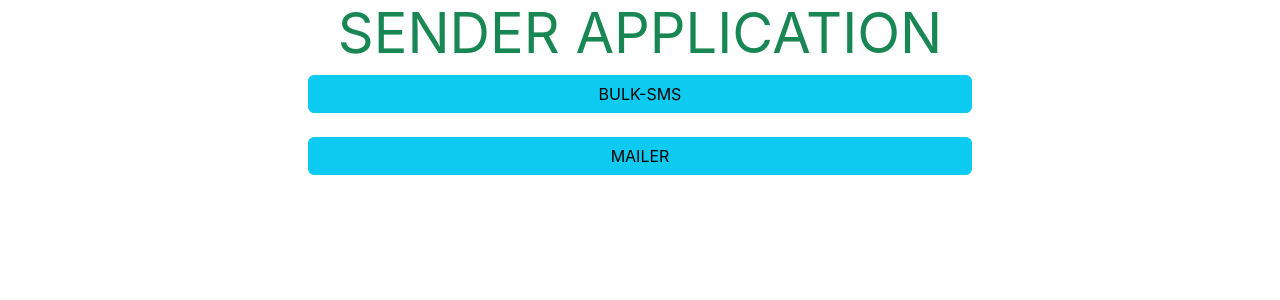
Repository: oluwaseyi9325/react-redux
Page: /mailer
An editor plug-in stored every save of this project. The page is shown before and after the next save, followed by the edit.
The browser window is 1280 px wide. The pictures show the whole page.
The project was rebuilt for these pictures with package versions that can differ from the ones it lists, and the page was loaded fresh each time. Also part of the build but not shown: src/Pages/Index.tsx, src/Pages/NotFond.tsx.

Above is the page before, as saved 2023-04-18 17:17:16.

### public/index.html
<!DOCTYPE html>
<html lang="en">

<head>
  <meta charset="utf-8" />
  <link rel="icon" href="%PUBLIC_URL%/favicon.ico" />
  <meta name="viewport" content="width=device-width, initial-scale=1" />
  <meta name="theme-color" content="#000000" />
  <meta name="description" content="Web site created using create-react-app" />
  <link rel="apple-touch-icon" href="%PUBLIC_URL%/logo192.png" />
  <link rel="manifest" href="%PUBLIC_URL%/manifest.json" />
  <link href="https://cdn.jsdelivr.net/npm/bootstrap@5.2.3/dist/css/bootstrap.min.css" rel="stylesheet" integrity="sha384-rbsA2VBKQhggwzxH7pPCaAqO46MgnOM80zW1RWuH61DGLwZJEdK2Kadq2F9CUG65" crossorigin="anonymous">
  <script src="https://cdn.jsdelivr.net/npm/bootstrap@5.2.3/dist/js/bootstrap.bundle.min.js" integrity="sha384-kenU1KFdBIe4zVF0s0G1M5b4hcpxyD9F7jL+jjXkk+Q2h455rYXK/7HAuoJl+0I4" crossorigin="anonymous"></script>
  <link rel="stylesheet" href="https://cdn.jsdelivr.net/npm/bootstrap-icons@1.10.3/font/bootstrap-icons.css">
  <title>SMS SENDER</title>
</head>

<body>
  <noscript>You need to enable JavaScript to run this app.</noscript>
  <div id="root"></div>
</body>

</html>

### src/index.tsx
import React from 'react';
import ReactDOM from 'react-dom/client';
import './index.css';
import App from './App';
import reportWebVitals from './reportWebVitals';
import { BrowserRouter } from 'react-router-dom';

const root = ReactDOM.createRoot(
  document.getElementById('root') as HTMLElement
);
root.render(
  <React.StrictMode>
    <BrowserRouter>
    <App />

    </BrowserRouter>
  </React.StrictMode>
);

// If you want to start measuring performance in your app, pass a function
// to log results (for example: reportWebVitals(console.log))
// or send to an analytics endpoint. Learn more: https://bit.ly/CRA-vitals
reportWebVitals();

### src/App.tsx
import React from 'react'
import { Route, Router, Routes } from 'react-router-dom'
import Index from './Pages/Index'
import Mailer from './Pages/Mailer'
import NotFond from './Pages/NotFond'

const App = () => {

  return (
    <>
    <Routes>
      <Route path='/' element={<Index/>} />
      <Route path='/mailer' element={<Mailer/>} />
      <Route path='*' element={<NotFond/>}/>
    </Routes>
    </>
  )
}

export default App

### src/Pages/Mailer.tsx
import React from 'react'
import NavBar from '../Components/NavBar'

const Mailer = () => {
  return (
    <div>
      <NavBar/>
    </div>
  )
}

export default Mailer

### src/Components/NavBar.tsx
import React from 'react'

const NavBar = () => {
  return (
    <>

      <div className='text-center col-6 mx-auto'>
        <h4 className='text-success display-4'><b>SENDER APPLICATION</b></h4>
        <div className='gap-4 row'>
            <button className='btn btn-info'>BULK-SMS</button>
            <button className='btn btn-info'>MAILER</button>
        </div>
      </div>

    </>
  )
}

export default NavBar

Loaded but not shown: src/index.css (common file); src/reportWebVitals.ts (common file)

After the next save:
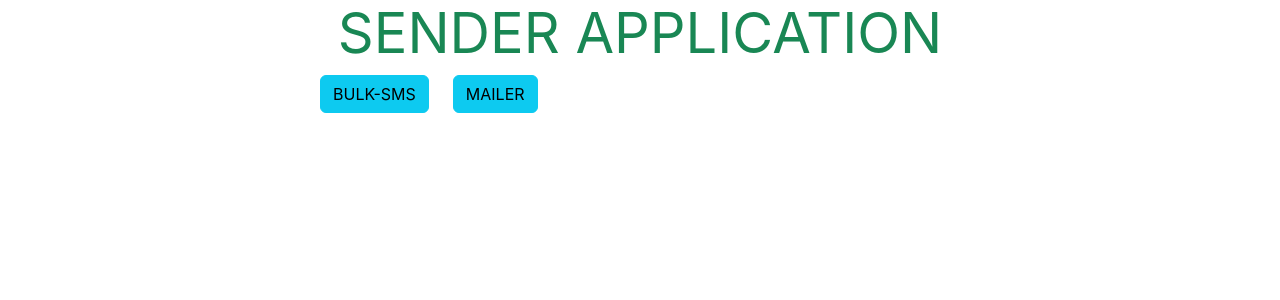
Saved 12 s later.
--- a/src/Components/NavBar.tsx
+++ b/src/Components/NavBar.tsx
@@ -6,7 +6,7 @@ const NavBar = () => {
 
       <div className='text-center col-6 mx-auto'>
         <h4 className='text-success display-4'><b>SENDER APPLICATION</b></h4>
-        <div className='gap-4 row'>
+        <div className='gap-4 d-flex justufy-content'>
             <button className='btn btn-info'>BULK-SMS</button>
             <button className='btn btn-info'>MAILER</button>
         </div>
